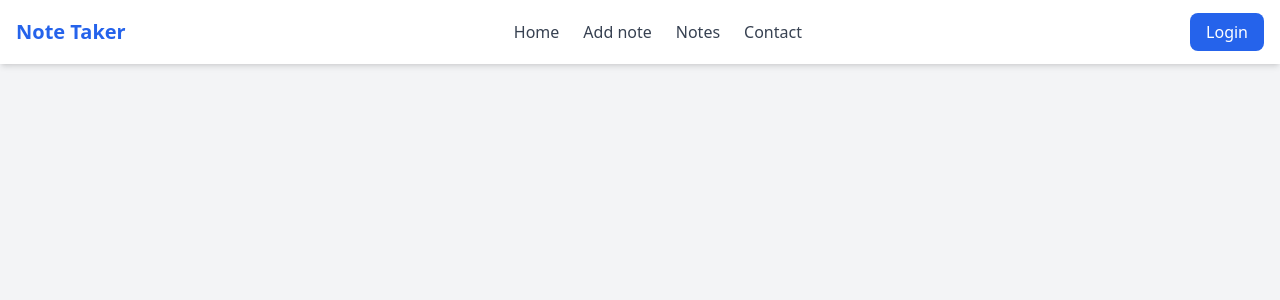
Repository: tauseefthedeveloper/NoteTaker
Page: http://localhost/NoteTaker/
An editor plug-in stored every save of this project. The page is shown before and after the next save, followed by the edit.
The browser window is 1280 px wide. The pictures show the whole page.
Some web libraries are served in a nearby version. The page is served by Tomcat 9. Other server files are loaded and not shown.

Above is the page before, as saved 2025-08-27 10:57:28.

### NoteTaker/src/main/webapp/index.jsp
<!DOCTYPE html>
<html lang="en">
<head>
  <meta charset="UTF-8">
  <meta name="viewport" content="width=device-width, initial-scale=1.0">
  <title>Note Taker || Home Page</title>
  <link href="CSS/style.css" rel="stylesheet">
  <script src="https://cdn.tailwindcss.com"></script>
</head>
<body class="bg-gray-100">
  <div class="container-100">
  	<%@include file="navbar.jsp"%>
  </div>
</body>
</html>

### NoteTaker/src/main/webapp/navbar.jsp
  <!-- Navbar -->
  <nav class="bg-white shadow-md">
    <div class="max-w-7xl mx-auto px-4">
      <div class="flex justify-between items-center h-16">

        <!-- Logo -->
        <div class="text-xl font-bold text-blue-600">Note Taker</div>

        <!-- Menu Links -->
        <div class="space-x-6 hidden md:flex">
          <a href="#" class="text-gray-700 hover:text-blue-600">Home</a>
          <a href="#" class="text-gray-700 hover:text-blue-600">Add note</a>
          <a href="#" class="text-gray-700 hover:text-blue-600">Notes</a>
          <a href="#" class="text-gray-700 hover:text-blue-600">Contact</a>
        </div>

        <!-- Button -->
        <div>
          <a href="#"
             class="px-4 py-2 bg-blue-600 text-white rounded-lg hover:bg-blue-700">
            Login
          </a>
        </div>
      </div>
    </div>
  </nav>

### NoteTaker/src/main/webapp/CSS/style.css
body{
	padding:0;
	margin:0;
	background-color:black;
}

After the next save:
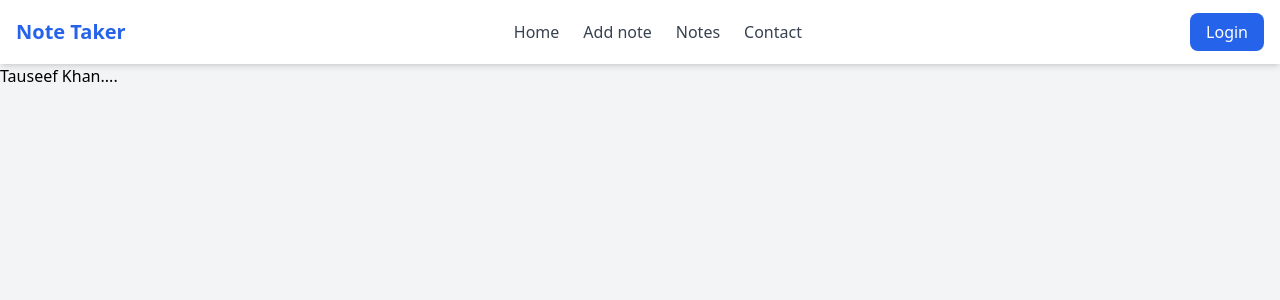
Saved 41 s later.
--- a/NoteTaker/src/main/webapp/index.jsp
+++ b/NoteTaker/src/main/webapp/index.jsp
@@ -11,5 +11,8 @@
   <div class="container-100">
   	<%@include file="navbar.jsp"%>
   </div>
+  <div>
+  	<h1>Tauseef Khan....</h1>
+  </div>
 </body>
 </html>
